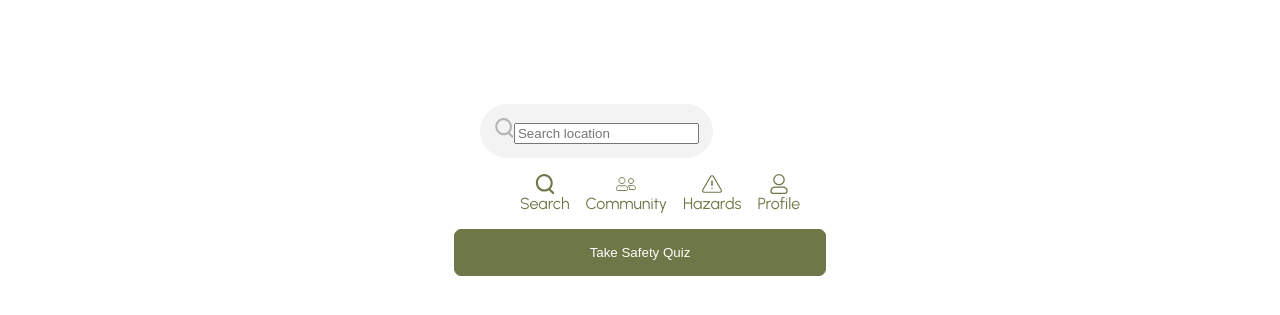
Repository: Aladdin3r/SafeCycle
Page: /
These files come from the project's save history. The page is drawn as it stood at one moment and after the next save; the edit follows.
The browser window is 1280 px wide. The pictures show the whole page.
The project was rebuilt for these pictures with package versions that can differ from the ones it lists, and the page was loaded fresh each time. The framework's server and built-in components were replaced by stand-ins that run in the browser.

Above is the page before, as saved 2024-04-15 11:18:54.

After the next save:
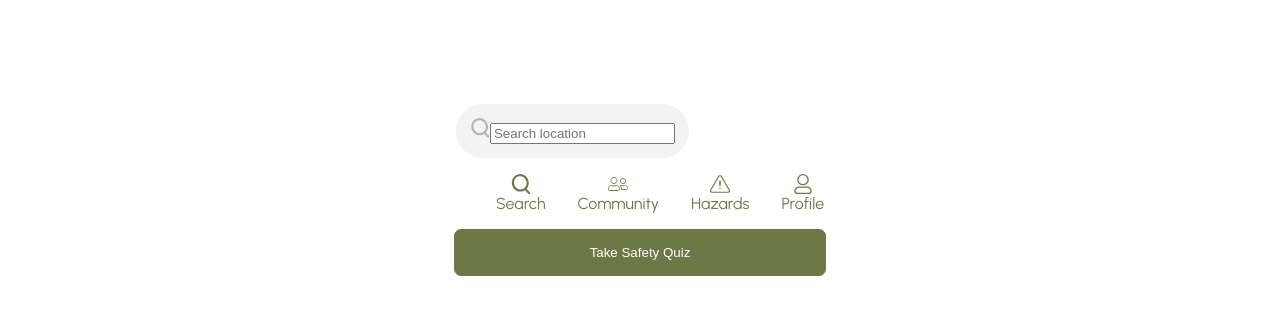
Saved 2 min 38 s later.
--- a/components/NavBar/NavBar.module.css
+++ b/components/NavBar/NavBar.module.css
@@ -15,7 +15,7 @@
 .navigation ul{
     display: flex;
     flex-direction: row;
-    gap: 1em;
+    gap: 2em;
     list-style-type: none;
     background-color: white;
     color: var(--button-color);
